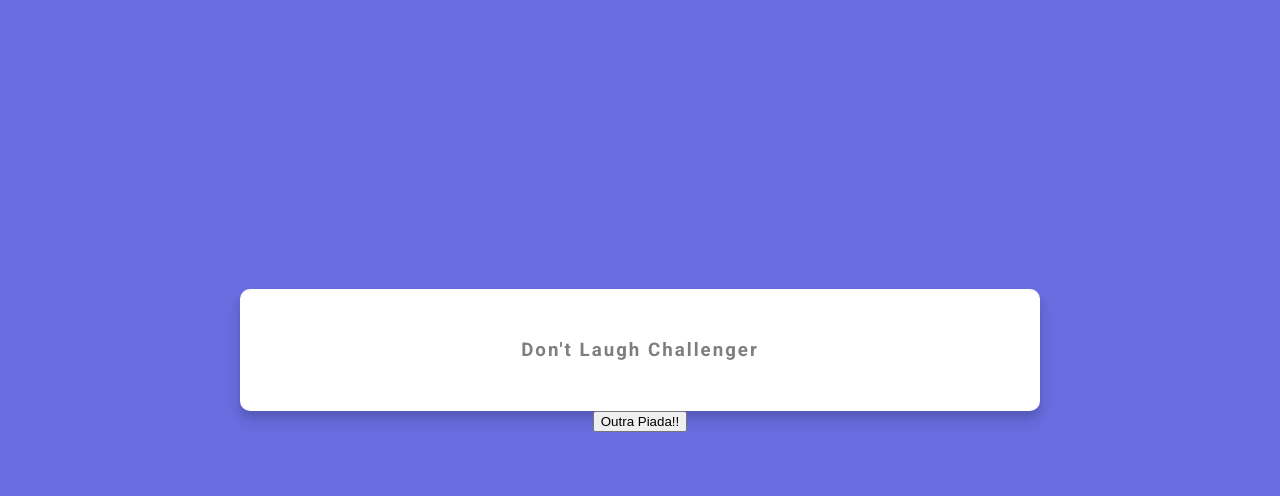
Repository: Williamlmachado/Dad-Jokes
Page: index.html
These files come from the project's save history. The page is drawn as it stood at one moment and after the next save; the edit follows.
The browser window is 1280 px wide. The pictures show the whole page.

Above is the page before, as saved 2021-08-21 12:58:23.

### index.html
<!DOCTYPE html>
<html lang="en">
    <head>
        <meta charset="UTF-8"/>
        <meta name="viewport" content="width=device-width, initial-scale=1.0"/>
        <link rel="stylesheet" href="style.css"/>
        <title>JoK3s</title>
    </head>
    <body>
        <div class="container">
            <h3>Don't Laugh Challenger</h3>
            <div id="joke" class="joke"></div>
        </div>
        <button id="jokeBtn" class="btn">Outra Piada!!</button>
        <script></script>
    </body>
</html>

### style.css
@import url('https://fonts.googleapis.com/css2?family=Roboto:wght@400;700&display=swap');

* {
  box-sizing: border-box;
}

body {
  background-color: #686de0;
  font-family: 'Roboto', sans-serif;
  display: flex;
  flex-direction: column;
  align-items: center;
  justify-content: center;
  height: 100vh;
  overflow: hidden;
  margin: 0;
  padding: 20px;
}
.container{
    background-color: white;
    border-radius: 10px;
    box-shadow: 0 10px 20px rgba(0, 0, 0, 0.1), 0 6px 6px rgba(0, 0, 0, 0.1);
    padding: 50px 20px;
    text-align: center;
    max-width: 100%;
    width: 800px;
}
h3{
    margin: 0;
    opacity: 0.5;
    letter-spacing: 2px;
}
.joke{
    font-size: 30px;
    letter-spacing: 1px;
    line-height: 40px;
}

After the next save:
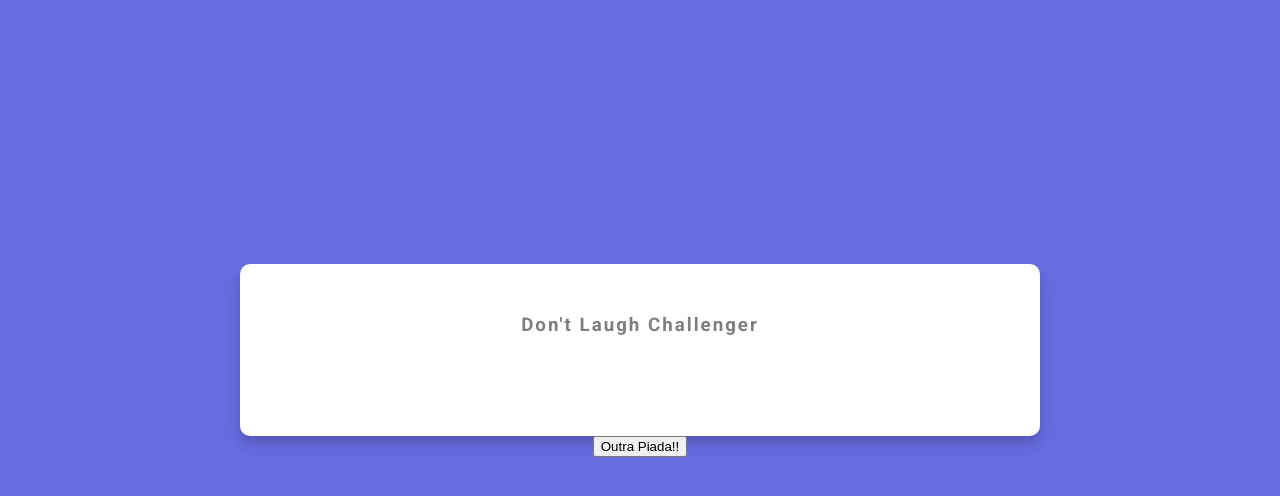
Saved 22 s later.
--- a/style.css
+++ b/style.css
@@ -34,4 +34,6 @@ h3{
     font-size: 30px;
     letter-spacing: 1px;
     line-height: 40px;
+    margin: 50px auto;
+    max-width: 600px;
 }
